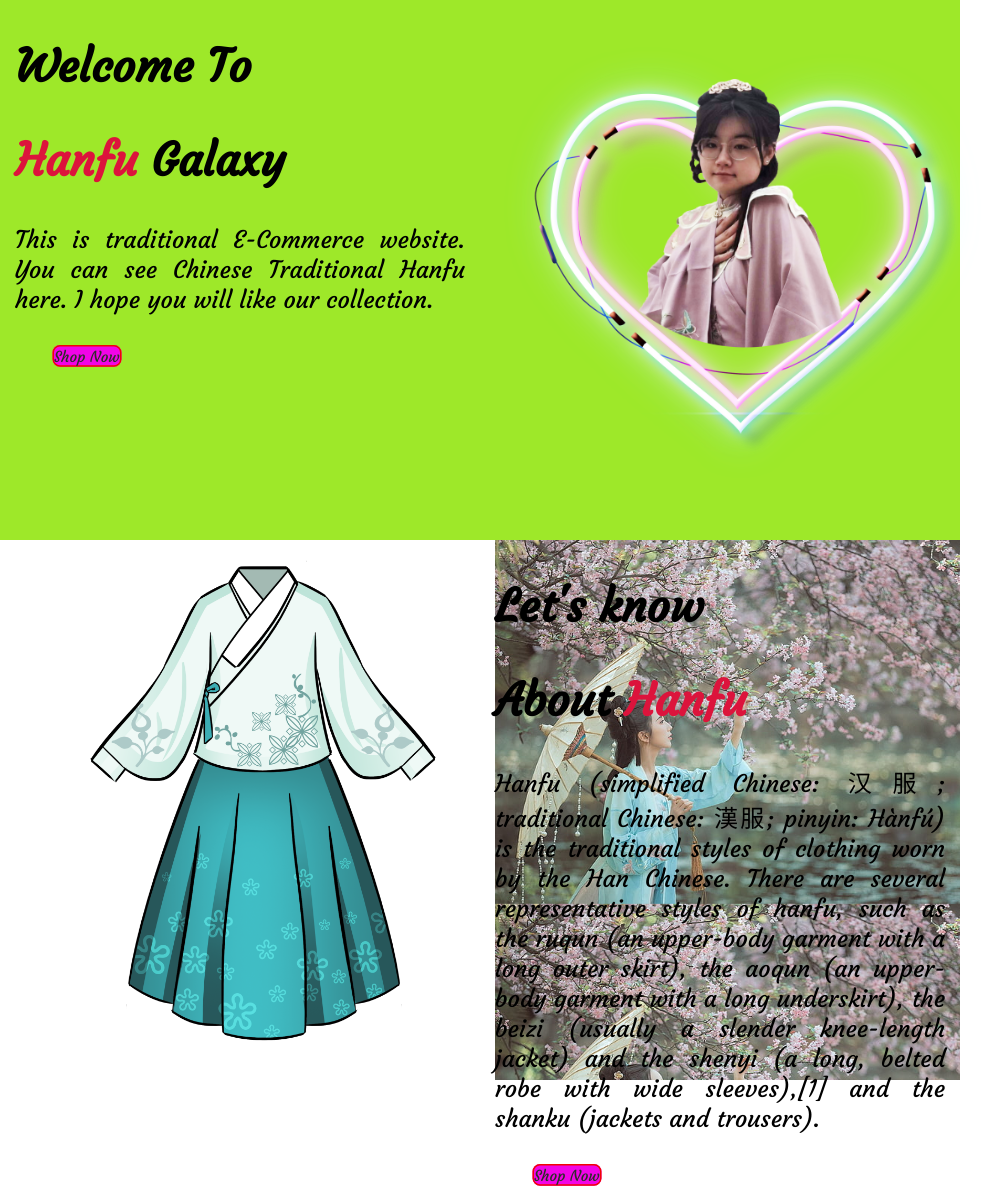
Repository: ramizraaz/E-Commerce
Page: index.html
These files come from the project's save history. The page is drawn as it stood at one moment and after the next save; the edit follows.
The browser window is 1280 px wide. The page is 1340 px wide, so the pictures cover 1340 px, including what lies to the right of the window. The pictures show the whole page, at 75% of full size.

Above is the page before, as saved 2022-02-06 21:32:37.

After the next save:
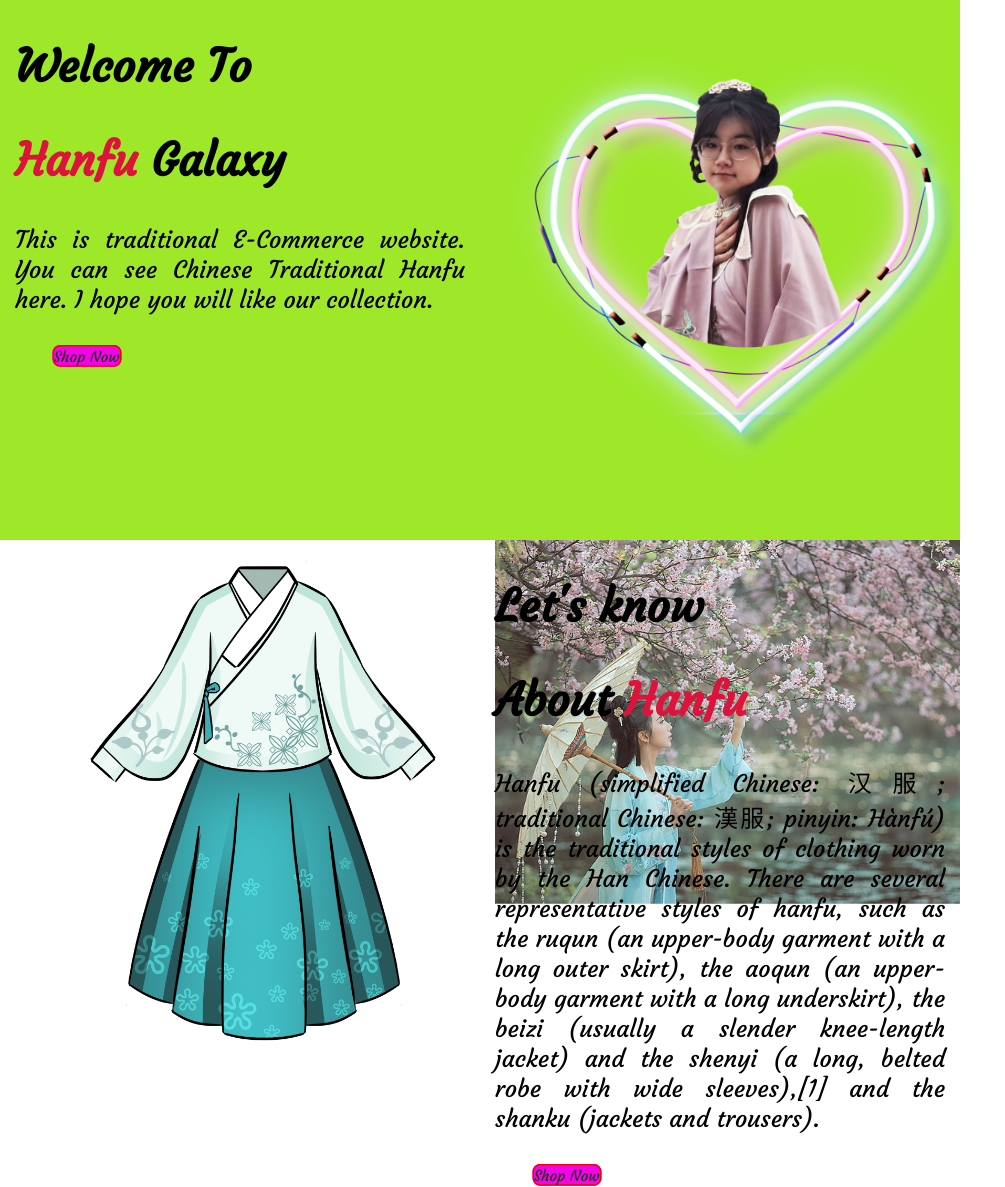
Saved 12 s later.
--- a/main.css
+++ b/main.css
@@ -53,5 +53,5 @@ a {
 
 .mid-img {
     background-image: url(./images/mid-bg.jpg);
-    background-repeat: initial;
+    background-repeat: no-repeat;
 }
